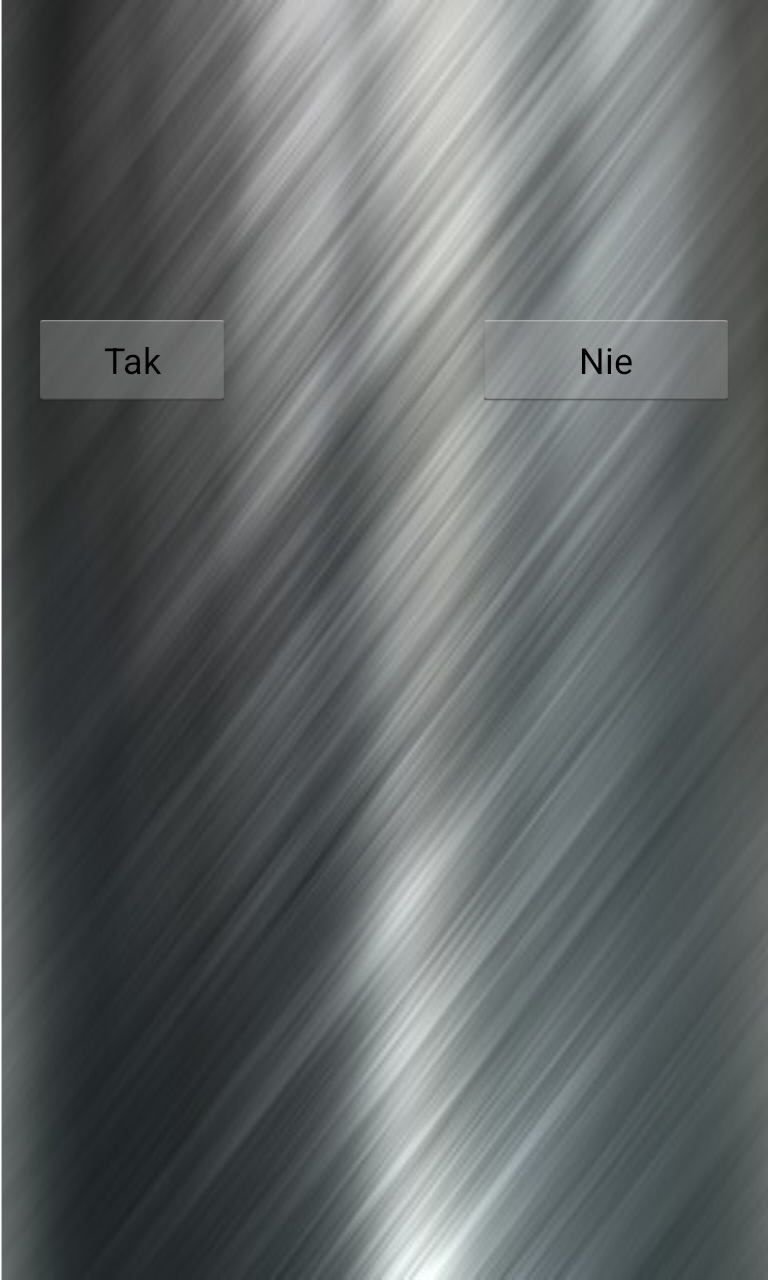
Repository: KrzysztofWolinski/WiesFight_Project
Layout: WiesFight/res/layout/dialog_exit.xml
These files come from the project's save history. The layout is drawn as it stood at one moment and after the next save; the edit follows.
It is drawn on a 768 x 1280 px phone screen (xhdpi) without system bars, with theme AppTheme; the app's code is not run.

Above is the layout before, as saved 2014-11-09 21:30:49.

After the next save:
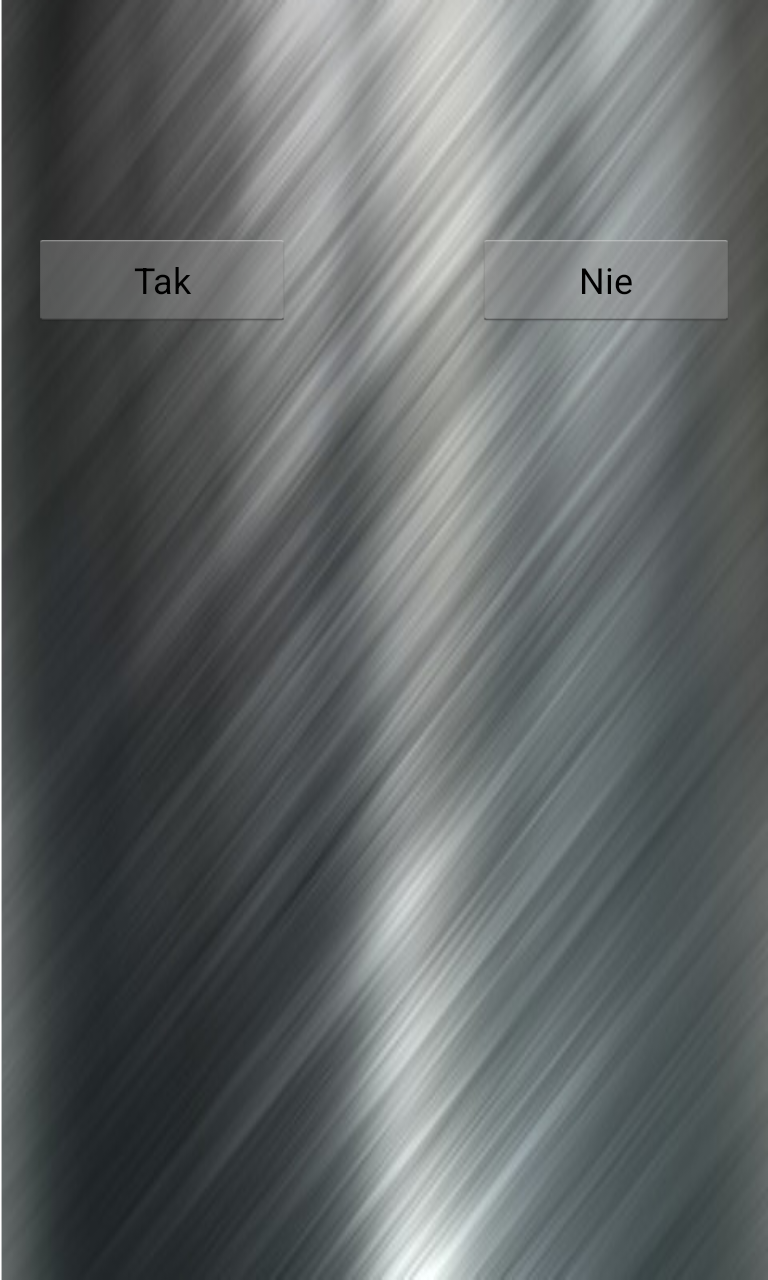
Saved 14 s later.
--- a/WiesFight/res/layout/dialog_exit.xml
+++ b/WiesFight/res/layout/dialog_exit.xml
@@ -18,11 +18,11 @@
 
     <Button
         android:id="@+id/btnYes"
-        android:layout_width="100dp"
+        android:layout_width="130dp"
         android:layout_height="wrap_content"
         android:layout_alignParentLeft="true"
         android:layout_alignParentTop="true"
-        android:layout_marginTop="140dp"
+        android:layout_marginTop="100dp"
         android:text="@string/yes" />
 
     <Button
